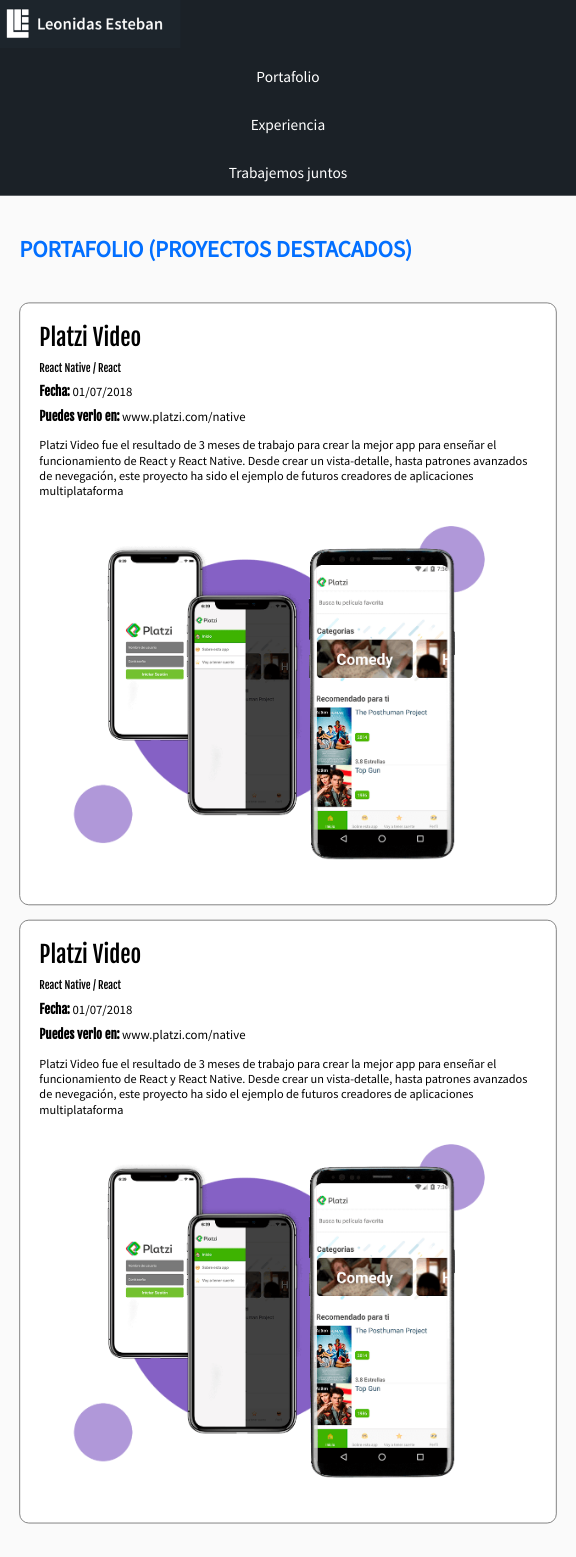
Repository: joseLozanoTamayo/web-desing
Page: desarrollo-web-portafolio/index.html
An editor plug-in stored every save of this project. The page is shown before and after the next save, followed by the edit.
The browser window is 600 px wide. The pictures show the whole page, at 96% of full size.

Above is the page before, as saved 2019-04-21 22:42:45.

After the next save:
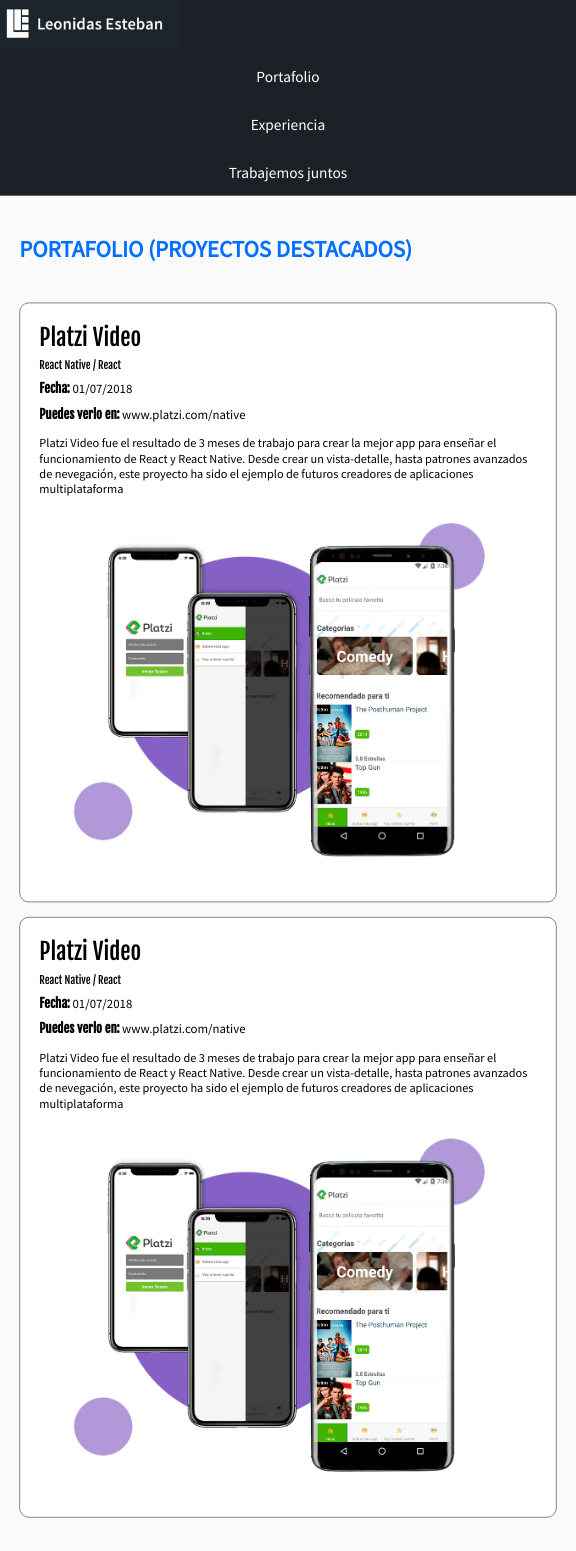
Saved 13 s later.
--- a/desarrollo-web-portafolio/css/estilos.css
+++ b/desarrollo-web-portafolio/css/estilos.css
@@ -382,7 +382,7 @@
 
   .project-title {
     font-size: 1.5em;
-    margin-bottom: .3em 0;
+    margin-bottom: .3em;
   }
 
   .project-url {
